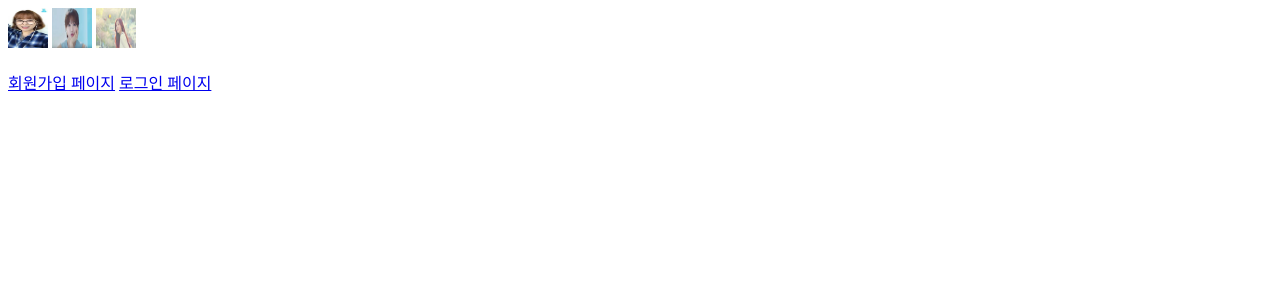
Repository: Leewonhoo/kostaweb
Page: Jsp_sample/WebContent/index.html
An editor plug-in stored every save of this project. The page is shown before and after the next save, followed by the edit.
The browser window is 1280 px wide. The pictures show the whole page.

Above is the page before, as saved 2017-09-12 00:56:34.

After the next save:
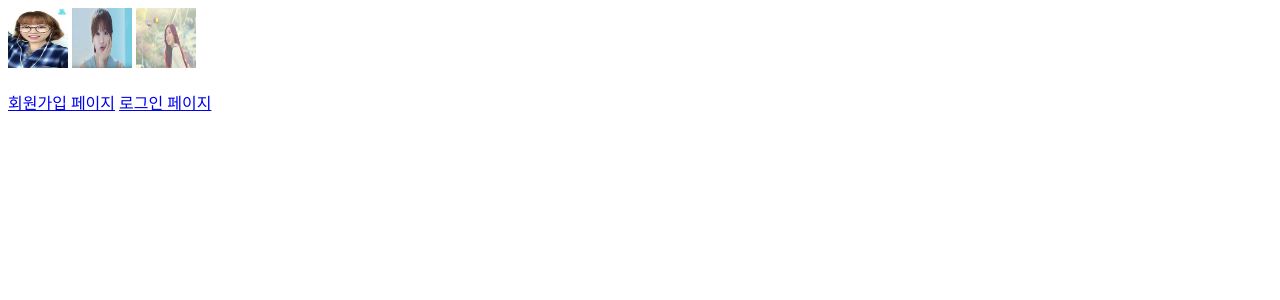
Saved 44 s later.
--- a/Jsp_sample/WebContent/index.html
+++ b/Jsp_sample/WebContent/index.html
@@ -6,9 +6,9 @@
 </head>
 <body>
 	<!-- 로그 이미지 -->
-	<a href="index.html"><img alt="박보영" src="images/park2.jpg" title="박보영" width="40px" height="40px"></a>
-	<a href="join.html"><img alt="박보영" src="images/park1.jpg" title="박보영" width="40px" height="40px"></a>
-	<a href="login.html"><img alt="정은지" src="images/jung1.jpg" title="정은지" width="40px" height="40px"></a>
+	<a href="index.html"><img alt="박보영" src="images/park2.jpg" title="박보영" width="60px" height="60px"></a>
+	<a href="join.html"><img alt="박보영" src="images/park1.jpg" title="박보영" width="60px" height="60px"></a>
+	<a href="login.html"><img alt="정은지" src="images/jung1.jpg" title="정은지" width="60px" height="60px"></a>
 	<br><br>
 	<!-- 로그인 링크, 회원가입 링크 -->
 	<a href="join.html">회원가입 페이지</a>
